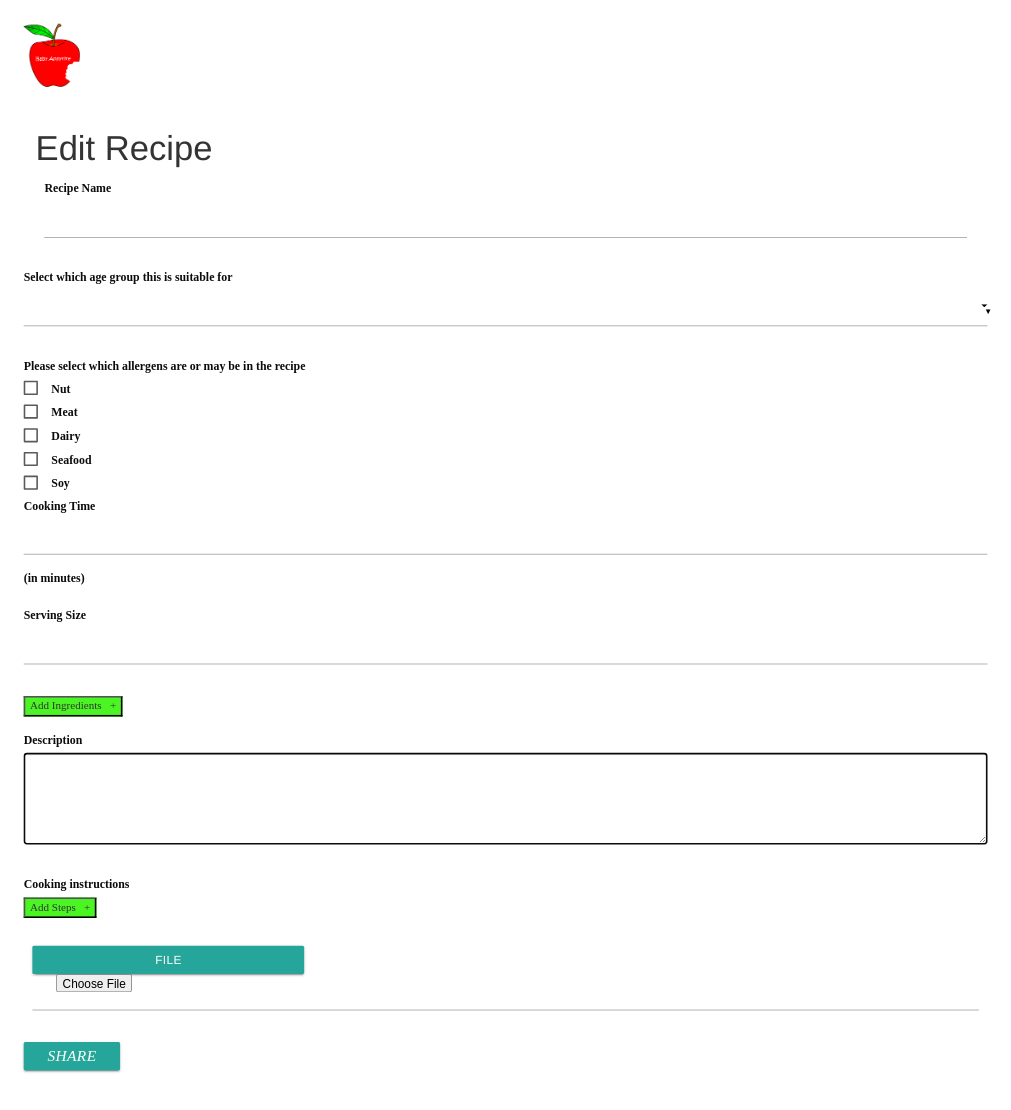
Repository: blueag8/babyappytite
Page: templates/testformupdate.html
The author's editor kept a record of every edit. The page is drawn from the files as they stood at one moment, then again after the next edit.
The browser window is 1280 px wide. The pictures show the whole page, at 79% of full size.
Some web fonts or font styles are not loaded; a fallback is used. Some web libraries are served in a nearby version. The page is served by the project's application, run on Flask 3 (app.py). The template is opened directly, without the code that normally fills it, so the values that code supplies are empty.

Above is the page before.

### templates/testformupdate.html
{% extends 'base.html'%}{% block content %}



  <h3>Edit Recipe</h3>
    <div class="row">
      <form action="{{ url_for('update_recipe', recipe_id=recipe._id) }}" name="form" method="POST" class="col s12">
      <label class="recipe_name">Recipe Name</label>
      <input type="text" class="form-control" id="recipe_name" name="recipe_name" value="{{recipe.recipe_name}}">
       </div>
    </div>


  <div class="row">
      <label for="category_age">Select which age group this is suitable for</label>
        <select class="category" id="category_age" name="category_age" onclick="getOption()">
          <option value="{{recipe.category_age}}">{{recipe.category_age}}</option>
          <option value="1">6 months +</option>
          <option value="2">7 months +</option>
          <option value="3">10 months +</option>
          <option value="4">12 months +</option>
        </select>
      </div>
  </div>

  <div="container-fluid">
   <div class = "allergens">
      <label class="allergens">Please select which allergens are or may be in the recipe</label>
      </div>

      <div class="form-check form-check-inline">
        <input class="form-check-input" type="checkbox" id="nut" name="allergen" value="nut"{% if 'nut' in recipe.allergens %}checked{% endif %} >
        <label class="form-check-label" for="nut">Nut</label>
      </div>

      <div class="form-check form-check-inline">
        <input class="form-check-input" type="checkbox" id="meat" name="allergen" value="meat"{% if 'meat' in recipe.allergens %}checked{% endif %}>
        <label class="form-check-label" for="meat">Meat</label>
      </div>

      <div class="form-check form-check-inline">
        <input class="form-check-input" type="checkbox" id="dairy" name="allergen" value="dairy"{% if 'dairy' in recipe.allergens %}checked{% endif %}>
        <label class="form-check-label" for="dairy">Dairy</label>
      </div>

      <div class="form-check form-check-inline">
        <input class="form-check-input" type="checkbox" id="seafood" name="allergen " value="seafood"{% if 'seafood' in recipe.allergens %}checked{% endif %}>
        <label class="form-check-label" for="seafood">Seafood</label>
      </div>

      <div class="form-check form-check-inline">
        <input class="form-check-input" type="checkbox" id="soy" name="allergen" value="soy">
        <label class="form-check-label" for="soy">Soy</label>
      </div>
    </div>
  </div>
</div>

  <div class="form row">
    <label for="cooking_time">Cooking Time</label>

      <input type="number" name="cooking_time" min="0" max="100" step="1" value="{{recipe.cooking_time}}" required>
      <label>(in minutes)</label>
    </div>
  </div>
  <div class="form row">
    <label for="portion_sizes">Serving Size</label>
    <input type="number" name="portion_size" min="0" max="100" step="1" value="{{recipe.portion_size}}" required>
    </div>
  </div>


  <div class="row">
    <div class= "wrapper">
       <div class="container1">
        <button class="add_ingredients">Add Ingredients &nbsp;
          <span>+ </span>
        </button>

         {% for ingredient in recipe.ingredients %}
           <textarea name="ingredient" class="materialize-textarea" value="{{ingredient}}">

             {{ingredient}}

            </textarea>
            <a href="#" class="delete">Delete</a></div>
              {% endfor %}

          </div>
      </div>
    </div>

  <div class="form row">
    <label for="recipe_description">Description</label>
      <div class="row">
        <textarea class="form-control" id="recipe_description" name="recipe_description" rows="5" value="{{recipe.recipe_description}}">{{recipe.recipe_description}}</textarea>
         </div>
      </div>
   </div>

  <div class="form row">
    <label for="add_steps">Cooking instructions</label>
<!-------https://stackoverflow.com/questions/14853779/adding-input-elements-dynamically-to-form ----->
      <div class= "wrapper">
        <div class="container2">
            <button class="add_steps">Add Steps &nbsp;
            <span>+ </span>
            </button>
             {% for step in recipe.steps %}
           <textarea name="step" class="materialize-textarea" value="{{step}}">

             {{step}}

            </textarea>
            <a href="#" class="delete">Delete</a></div>
              {% endfor %}
          </div>
      </div>
    </div>


<div class="form row">
  <div class="input-field col s12">
    <div class="btn">
       <span>File</span>
        <input type="file">
    </div>
    <div class="file-path-wrapper">
        <input class="file-path validate" type="text">

    </div>
  </div>
</div>

  <div class="row">
      <button class="btn waves-effect waves-light" type="submit" name="action" value="submit">
          <i class="material-icons add_box">Share</i>
       </button>
  </div>
</div>
</form>
 {% endblock %}

### templates/base.html
<!DOCTYPE html>
<html lang="en">
<head>
    <meta charset="UTF-8">
    <meta name="viewport" content="width=device-width, initial-scale=1.0">
    <meta http-equiv="X-UA-Compatible" content="ie=edge">

    <title>"Baby Appy-tite | Recipes for 6 months +"</title>

    <link rel="stylesheet" href="https://maxcdn.bootstrapcdn.com/bootstrap/3.3.7/css/bootstrap.min.css" type="text/css">
    <link rel="stylesheet" href="https://stackpath.bootstrapcdn.com/font-awesome/4.7.0/css/font-awesome.min.css" type="text/css">
    <link href="https://fonts.googleapis.com/css?family=Emilys+Candy&display=swap" rel="stylesheet">
    <link rel="stylesheet" href="https://cdnjs.cloudflare.com/ajax/libs/materialize/0.100.2/css/materialize.min.css">
    <link rel="stylesheet" href="{{url_for('static', filename='css/style.css')}}" type="text/css" />
</head>
<header>
         <div class="nav-wrapper">
              <div class="navbar img">
                 <a class="icon" href="{{url_for('home')}}">
                      <img src="/static/img/babyappytite.png">
                </a>
            </div>
        </div>
      </div>
</header>
<body>
    <div class="container-fluid">
        {% block content %}{% endblock %}
    </div>

    <script src="https://cdnjs.cloudflare.com/ajax/libs/jquery/3.3.1/jquery.min.js"></script>
    <script src="https://cdnjs.cloudflare.com/ajax/libs/jquery/3.2.1/jquery.min.js"></script>
    <script src="https://maxcdn.bootstrapcdn.com/bootstrap/3.3.7/js/bootstrap.min.js" integrity="sha384-Tc5IQib027qvyjSMfHjOMaLkfuWVxZxUPnCJA7l2mCWNIpG9mGCD8wGNIcPD7Txa" crossorigin="anonymous"></script>
    <script src="https://cdnjs.cloudflare.com/ajax/libs/materialize/0.100.2/js/materialize.min.js"></script>
    <script type="text/javascript">
        $(document).ready(function() {
    var max_fields = 10;
    var wrapper = $(".container1");
    var add_button = $(".add_ingredients");
    var x = 1;
    $(add_button).click(function(e) {
        e.preventDefault();
        if (x < max_fields) {
            x++;
            $(wrapper).append('<div><input type="text" name="ingredient[]"/><a href="#" class="delete">Delete</a></div>'); //add input box
        } else {
            alert('You Reached the limits');
        }
    });
    $(wrapper).on("click", ".delete", function(e) {
        e.preventDefault();
        $(this).parent('div').remove();
        x--;
    });
 });
    </script>

 <script type="text/javascript">
 $(document).ready(function() {
    var max_fields = 10;
    var wrapper = $(".container2");
    var add_button = $(".add_steps");
    var x = 1;
    $(add_button).click(function(e) {
        e.preventDefault();
        if (x < max_fields) {
            x++;
            $(wrapper).append('<div><input type="text" name="step[]"/><a href="#" class="delete">Delete</a></div>'); //add input box
        } else {
            alert('You Reached the limits');
        }
    });
    $(wrapper).on("click", ".delete", function(e) {
        e.preventDefault();
        $(this).parent('div').remove();
        x--;
    });
 });
      </script>

  <script type="text/javascript">
    $(document).ready(function() {
    $('select').material_select();
  });
    </script>



</body>

</html>

### app.py
import pymongo
import os


from bson.objectid import ObjectId
from flask import Flask, render_template, redirect, request, url_for, flash
from flask_pymongo import PyMongo

#connect to database
app = Flask(__name__)

app.config['MONGO_DBNAME'] ="Baby_Recipes"
app.config["MONGO_URI"] ="mongodb+srv://blueag8:mongo8@cluster0-iodau.mongodb.net/Baby_Recipes?retryWrites=true&w=majority"
app.config['SECRET_KEY'] = 'yum'

mongo = PyMongo(app)


#home page



@app.route('/')
def home():
    return render_template("index.html", recipes=mongo.db.recipes.find())

#get
#single recipe

@app.route('/recipe/<recipe_id>')
def recipe(recipe_id):
    recipes=mongo.db.recipes.find({"_id": ObjectId(recipe_id)})
    return render_template("recipe.html", recipes=recipes )

#TEST1

#recipes categorized per page route

#@app.route('/recipes')
#def recipes():
   # recipes=mongo.db.recipes.find()
    #TEST
    #for recipe in recipes:
      #  print(recipe)

   # return render_template("recipes.html")

@app.route('/sixmonth_recipes')
def sixmonth_recipes():
   return render_template("recipes.html", recipes=mongo.db.recipes.find({"category_age":"6 months +"}))

@app.route('/sevenmonth_recipes')
def sevenmonth_recipes():
    return render_template("recipes.html", recipes=mongo.db.recipes.find({"category_age":"7 months +"}))

@app.route('/tenmonth_recipes')
def tenmonth_recipes():
    return render_template("recipes.html", recipes=mongo.db.recipes.find({"category_age":"10 months +"}))

@app.route('/twelvemonth_recipes')
def twelvemonth_recipes():
    return render_template("recipes.html",recipes=mongo.db.recipes.find({"category_age":"12 months +"}))

#add recipe

@app.route('/addrecipe')
def addrecipe():
    #return render_template("testform.html",recipes=mongo.db.recipes.find(),
          # categories=mongo.db.categories.find())
    return render_template("addrecipe.html", recipes=mongo.db.recipes.find(),
           categories=mongo.db.categories.find())

 #took idea for flash from https://github.com/Deirdre18/dumpdinners-recipe-app/blob/master/app.py

#@app.route('/insert_recipe', methods=['POST'])
#def insert_recipe():
   # recipes=mongo.db.recipes
   # recipes.insert(request.form.to.dict(flat=False))
   # flash ("Thank you, your recipe has been added!")

    #return render_template("addrecipe.html", recipe=recipe)
    #Test1 Failed

    #Testing2
@app.route('/insert_recipe', methods=['GET','POST'])
def insert_recipe():
    recipes=mongo.db.recipes

   # filepath = '../static/img/' + filename


    recipe_name=request.form["recipe_name"]
    category_age=request.form["category_age"]
    cooking_time=int(request.form["cooking_time"])
    portion_sizes=int(request.form["portion_size"])
    allergens=request.form.getlist("allergen")
    ingredients=request.form.getlist("ingredient")
    recipe_description=request.form["recipe_description"]
    steps=request.form.getlist("step")
    #filename = image.save(request.files['image'])

    form={

        "recipe_name":recipe_name,
        "category_age":category_age,
        "cooking_time":cooking_time,
        "portion_size":portion_sizes,
        "allergen": allergens,
        "ingredient": ingredients,
        "recipe_description":recipe_description,
        "step": steps,
       # "image": filepath,
          }



    recipes.insert_one(form)
    flash ("Thank you, your recipe has been added!")
    return redirect(url_for('home'))

#edit recipe
#@app.route('/editrecipe/<recipe_id>', methods=['GET','POST'])
#def editrecipe(recipe_id):

    #return render_template("testform.html",recipes=mongo.db.recipes.find(),
          # categories=mongo.db.categories.find())
    #return render_template("editrecipe.html",recipes=mongo.db.recipes.find({"_id": ObjectId(recipe_id)}),
          # categories=mongo.db.categories.find())

#TESTING
@app.route('/editrecipe/<recipe_id>')
def editrecipe(recipe_id):
    the_recipe = mongo.db.recipes.find_one({'_id': ObjectId(recipe_id)})
    all_categories=mongo.db.category_age.find()
    all_allergens=mongo.db.allergens.find()
    return render_template('testformupdate.html', recipe=the_recipe, all_llergens=allergen, category_age=all_categories)

@app.route('/update_recipe', methods=['POST'])
def update_recipe(recipe_id):
    recipes=mongo.db.recipes
    recipes.update( {'_id': ObjectId(recipe_id)},
   # filepath = '../static/img/' + filename
    {
    {
            'recipe_name':request.form.get["recipe_name"],
            'category_age':request.form.get["category_age"],
            'cooking_time':int(request.form["cooking_time"]),
            'portion_sizes':int(request.form["portion_size"]),
            'allergens':request.form.getlist('check'),
            'ingredients':request.form.getlist("ingredient"),
            'recipe_description':request.form["recipe_description"],
            'steps':request.form.getlist("step"),
            }
   # filename = image.save(request.files['image'])
      })

    #flash ("Thank you, your recipe has been added!")
    return redirect(url_for('home'))

   # filepath = '../static/img/' + filename

    #filename = image.save(request.files['image']




if __name__ == '__main__':
    app.run(host=os.environ.get('IP'),
            port=int(os.environ.get('PORT')),
            debug=True)

### static/css/style.css
body {
    margin: 15px;
    padding: 20px;
}

img {
    height: 150px;
    vertical-align: super;
}
.apple img {
    height: 200px;
}

.caterpillar img {
    height: 100px;
}

.mainlink img
{
    height: 125px;
    }

.navbar img {
    height: 80px;
}

.main {
    margin: 20px;
    padding: 20px;
    border: 15px;
}
.form-control {
    color: #0c0c0c;
    background-color: #fff;
    background-image: none;
    border: 2px solid #0b0b0b;
}
label {
   color: #0c0c0c;
    font-family: 'Emilys Candy', cursive;
    /* font-family: Emily; */
    font-size: 15px;
}

button{
    background-color: #4bf524;
    font-family: 'Emily';
}
.delete {
    color: #db1f1f;
}

/*---------Navbar----------*/
.navbar {
    position: relative;
    min-height: 50px;
    margin-bottom: 20px;
    border: none;
    background-color: transparent;
}
.navbar-brand img {
    height: 50px;
}

/*-----Media Queries--------*/

@media (min-width: 767px)
{
body {
    margin: 10px;
}
}

After the next edit:
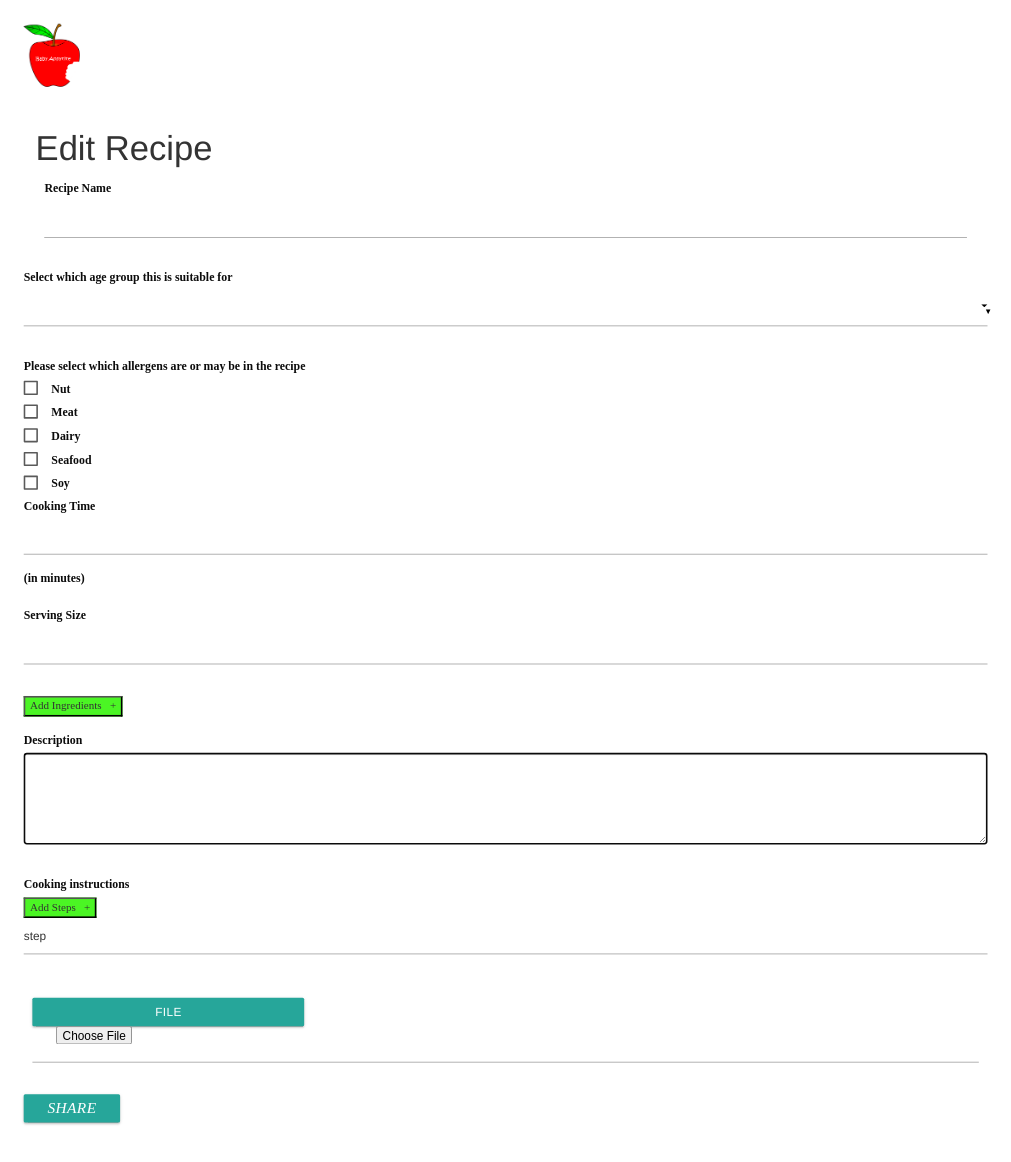
The edit:
--- a/templates/testformupdate.html
+++ b/templates/testformupdate.html
@@ -106,6 +106,9 @@
             <button class="add_steps">Add Steps &nbsp;
             <span>+ </span>
             </button>
+            <div><input type="text" name="step" value="step" placeholder"eg. wash vegetables">
+            </div>
+
              {% for step in recipe.steps %}
            <textarea name="step" class="materialize-textarea" value="{{step}}">
 

After the 2 edits that followed:
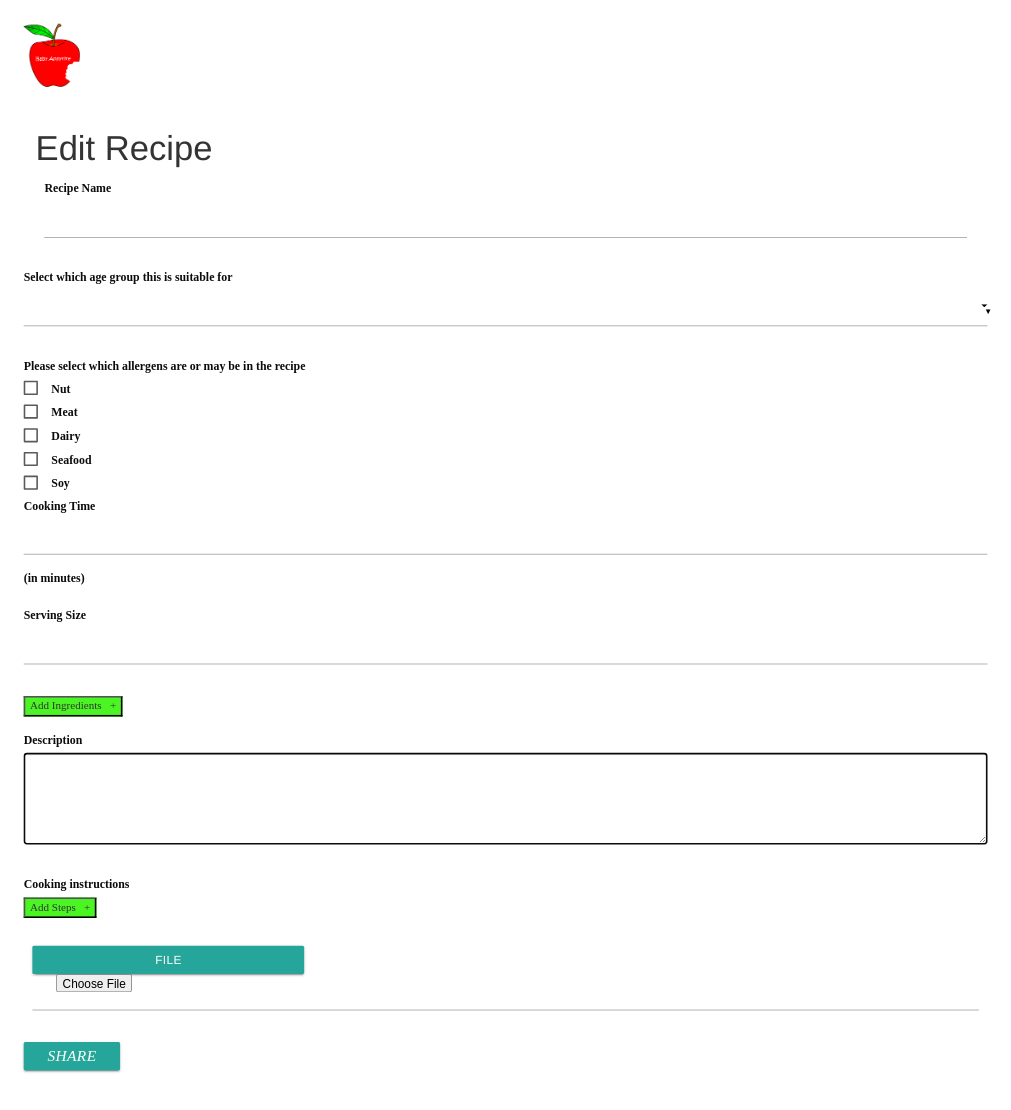
The 2 edits are shown as one change because 1 left the picture as it was.
The edit:
--- a/templates/testformupdate.html
+++ b/templates/testformupdate.html
@@ -76,7 +76,6 @@
         <button class="add_ingredients">Add Ingredients &nbsp;
           <span>+ </span>
         </button>
-
          {% for ingredient in recipe.ingredients %}
            <textarea name="ingredient" class="materialize-textarea" value="{{ingredient}}">
 
@@ -106,8 +105,6 @@
             <button class="add_steps">Add Steps &nbsp;
             <span>+ </span>
             </button>
-            <div><input type="text" name="step" value="step" placeholder"eg. wash vegetables">
-            </div>
 
              {% for step in recipe.steps %}
            <textarea name="step" class="materialize-textarea" value="{{step}}">
